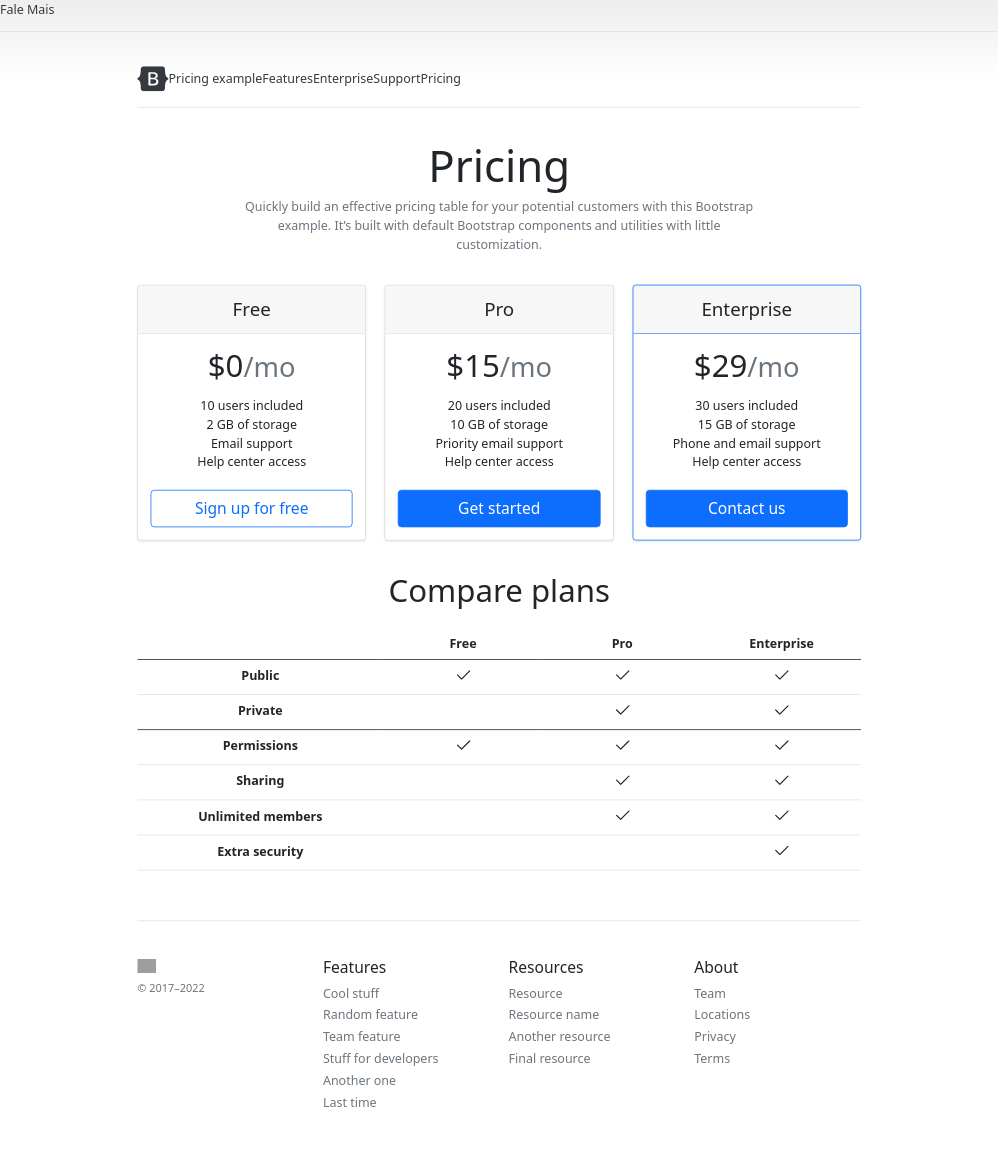
Repository: JuniorMagalhaesDeAlcantara/Fale-Mais
Page: src/resource/index.html
The author's editor kept a copy of each file at every save. The page is drawn from the files as they stood at one save, then again after the next save.
The browser window is 1280 px wide. The pictures show the whole page, at 78% of full size.
Pictures or frames that could not be fetched are drawn as grey boxes.

Above is the page before, as saved 2022-08-02 14:37:11.

### src/resource/index.html
<!DOCTYPE html>
<html lang="pt-br">
<head>
  <meta charset="UTF-8">
  <meta name="viewport" content="width=device-width, initial-scale=1.0">
  <title>Fale Mais</title>
  <link rel="stylesheet" href="https://stackpath.bootstrapcdn.com/bootstrap/5.0.0-alpha1/css/bootstrap.min.css" integrity="sha384-r4NyP46KrjDleawBgD5tp8Y7UzmLA05oM1iAEQ17CSuDqnUK2+k9luXQOfXJCJ4I" crossorigin="anonymous">
  <script src="https://cdn.jsdelivr.net/npm/popper.js@1.16.0/dist/umd/popper.min.js" integrity="sha384-Q6E9RHvbIyZFJoft+2mJbHaEWldlvI9IOYy5n3zV9zzTtmI3UksdQRVvoxMfooAo" crossorigin="anonymous"></script>
  <script src="https://stackpath.bootstrapcdn.com/bootstrap/5.0.0-alpha1/js/bootstrap.min.js" integrity="sha384-oesi62hOLfzrys4LxRF63OJCXdXDipiYWBnvTl9Y9/TRlw5xlKIEHpNyvvDShgf/" crossorigin="anonymous"></script>
</head>
<body>
    <header>
        <div class="d-flex flex-column flex-md-row align-items-center pb-3 mb-4 border-bottom">
          <a href="/" class="d-flex align-items-center text-dark text-decoration-none">
             <span class="fs-4">Fale Mais</span>
          </a>
        </div>
      </header>

      <style>
        .bd-placeholder-img {
          font-size: 1.125rem;
          text-anchor: middle;
          -webkit-user-select: none;
          -moz-user-select: none;
          user-select: none;
        }

        @media (min-width: 768px) {
          .bd-placeholder-img-lg {
            font-size: 3.5rem;
          }
        }

        .b-example-divider {
          height: 3rem;
          background-color: rgba(0, 0, 0, .1);
          border: solid rgba(0, 0, 0, .15);
          border-width: 1px 0;
          box-shadow: inset 0 .5em 1.5em rgba(0, 0, 0, .1), inset 0 .125em .5em rgba(0, 0, 0, .15);
        }

        .b-example-vr {
          flex-shrink: 0;
          width: 1.5rem;
          height: 100vh;
        }

        .bi {
          vertical-align: -.125em;
          fill: currentColor;
        }

        .nav-scroller {
          position: relative;
          z-index: 2;
          height: 2.75rem;
          overflow-y: hidden;
        }

        .nav-scroller .nav {
          display: flex;
          flex-wrap: nowrap;
          padding-bottom: 1rem;
          margin-top: -1px;
          overflow-x: auto;
          text-align: center;
          white-space: nowrap;
          -webkit-overflow-scrolling: touch;
        }
      </style>


      <!-- Custom styles for this template -->
      <link href="../resource/css/style.css" rel="stylesheet">
    </head>
    <body>

  <svg xmlns="http://www.w3.org/2000/svg" style="display: none;">
    <symbol id="check" viewBox="0 0 16 16">
      <title>Check</title>
      <path d="M13.854 3.646a.5.5 0 0 1 0 .708l-7 7a.5.5 0 0 1-.708 0l-3.5-3.5a.5.5 0 1 1 .708-.708L6.5 10.293l6.646-6.647a.5.5 0 0 1 .708 0z"/>
    </symbol>
  </svg>

  <div class="container py-3">
    <header>
      <div class="d-flex flex-column flex-md-row align-items-center pb-3 mb-4 border-bottom">
        <a href="/" class="d-flex align-items-center text-dark text-decoration-none">
          <svg xmlns="http://www.w3.org/2000/svg" width="40" height="32" class="me-2" viewBox="0 0 118 94" role="img"><title>Bootstrap</title><path fill-rule="evenodd" clip-rule="evenodd" d="M24.509 0c-6.733 0-11.715 5.893-11.492 12.284.214 6.14-.064 14.092-2.066 20.577C8.943 39.365 5.547 43.485 0 44.014v5.972c5.547.529 8.943 4.649 10.951 11.153 2.002 6.485 2.28 14.437 2.066 20.577C12.794 88.106 17.776 94 24.51 94H93.5c6.733 0 11.714-5.893 11.491-12.284-.214-6.14.064-14.092 2.066-20.577 2.009-6.504 5.396-10.624 10.943-11.153v-5.972c-5.547-.529-8.934-4.649-10.943-11.153-2.002-6.484-2.28-14.437-2.066-20.577C105.214 5.894 100.233 0 93.5 0H24.508zM80 57.863C80 66.663 73.436 72 62.543 72H44a2 2 0 01-2-2V24a2 2 0 012-2h18.437c9.083 0 15.044 4.92 15.044 12.474 0 5.302-4.01 10.049-9.119 10.88v.277C75.317 46.394 80 51.21 80 57.863zM60.521 28.34H49.948v14.934h8.905c6.884 0 10.68-2.772 10.68-7.727 0-4.643-3.264-7.207-9.012-7.207zM49.948 49.2v16.458H60.91c7.167 0 10.964-2.876 10.964-8.281 0-5.406-3.903-8.178-11.425-8.178H49.948z" fill="currentColor"></path></svg>
          <span class="fs-4">Pricing example</span>
        </a>

        <nav class="d-inline-flex mt-2 mt-md-0 ms-md-auto">
          <a class="me-3 py-2 text-dark text-decoration-none" href="#">Features</a>
          <a class="me-3 py-2 text-dark text-decoration-none" href="#">Enterprise</a>
          <a class="me-3 py-2 text-dark text-decoration-none" href="#">Support</a>
          <a class="py-2 text-dark text-decoration-none" href="#">Pricing</a>
        </nav>
      </div>

      <div class="pricing-header p-3 pb-md-4 mx-auto text-center">
        <h1 class="display-4 fw-normal">Pricing</h1>
        <p class="fs-5 text-muted">Quickly build an effective pricing table for your potential customers with this Bootstrap example. It’s built with default Bootstrap components and utilities with little customization.</p>
      </div>
    </header>

    <main>
      <div class="row row-cols-1 row-cols-md-3 mb-3 text-center">
        <div class="col">
          <div class="card mb-4 rounded-3 shadow-sm">
            <div class="card-header py-3">
              <h4 class="my-0 fw-normal">Free</h4>
            </div>
            <div class="card-body">
              <h1 class="card-title pricing-card-title">$0<small class="text-muted fw-light">/mo</small></h1>
              <ul class="list-unstyled mt-3 mb-4">
                <li>10 users included</li>
                <li>2 GB of storage</li>
                <li>Email support</li>
                <li>Help center access</li>
              </ul>
              <button type="button" class="w-100 btn btn-lg btn-outline-primary">Sign up for free</button>
            </div>
          </div>
        </div>
        <div class="col">
          <div class="card mb-4 rounded-3 shadow-sm">
            <div class="card-header py-3">
              <h4 class="my-0 fw-normal">Pro</h4>
            </div>
            <div class="card-body">
              <h1 class="card-title pricing-card-title">$15<small class="text-muted fw-light">/mo</small></h1>
              <ul class="list-unstyled mt-3 mb-4">
                <li>20 users included</li>
                <li>10 GB of storage</li>
                <li>Priority email support</li>
                <li>Help center access</li>
              </ul>
              <button type="button" class="w-100 btn btn-lg btn-primary">Get started</button>
            </div>
          </div>
        </div>
        <div class="col">
          <div class="card mb-4 rounded-3 shadow-sm border-primary">
            <div class="card-header py-3 text-bg-primary border-primary">
              <h4 class="my-0 fw-normal">Enterprise</h4>
            </div>
            <div class="card-body">
              <h1 class="card-title pricing-card-title">$29<small class="text-muted fw-light">/mo</small></h1>
              <ul class="list-unstyled mt-3 mb-4">
                <li>30 users included</li>
                <li>15 GB of storage</li>
                <li>Phone and email support</li>
                <li>Help center access</li>
              </ul>
              <button type="button" class="w-100 btn btn-lg btn-primary">Contact us</button>
            </div>
          </div>
        </div>
      </div>

      <h2 class="display-6 text-center mb-4">Compare plans</h2>

      <div class="table-responsive">
        <table class="table text-center">
          <thead>
            <tr>
              <th style="width: 34%;"></th>
              <th style="width: 22%;">Free</th>
              <th style="width: 22%;">Pro</th>
              <th style="width: 22%;">Enterprise</th>
            </tr>
          </thead>
          <tbody>
            <tr>
              <th scope="row" class="text-start">Public</th>
              <td><svg class="bi" width="24" height="24"><use xlink:href="#check"/></svg></td>
              <td><svg class="bi" width="24" height="24"><use xlink:href="#check"/></svg></td>
              <td><svg class="bi" width="24" height="24"><use xlink:href="#check"/></svg></td>
            </tr>
            <tr>
              <th scope="row" class="text-start">Private</th>
              <td></td>
              <td><svg class="bi" width="24" height="24"><use xlink:href="#check"/></svg></td>
              <td><svg class="bi" width="24" height="24"><use xlink:href="#check"/></svg></td>
            </tr>
          </tbody>

          <tbody>
            <tr>
              <th scope="row" class="text-start">Permissions</th>
              <td><svg class="bi" width="24" height="24"><use xlink:href="#check"/></svg></td>
              <td><svg class="bi" width="24" height="24"><use xlink:href="#check"/></svg></td>
              <td><svg class="bi" width="24" height="24"><use xlink:href="#check"/></svg></td>
            </tr>
            <tr>
              <th scope="row" class="text-start">Sharing</th>
              <td></td>
              <td><svg class="bi" width="24" height="24"><use xlink:href="#check"/></svg></td>
              <td><svg class="bi" width="24" height="24"><use xlink:href="#check"/></svg></td>
            </tr>
            <tr>
              <th scope="row" class="text-start">Unlimited members</th>
              <td></td>
              <td><svg class="bi" width="24" height="24"><use xlink:href="#check"/></svg></td>
              <td><svg class="bi" width="24" height="24"><use xlink:href="#check"/></svg></td>
            </tr>
            <tr>
              <th scope="row" class="text-start">Extra security</th>
              <td></td>
              <td></td>
              <td><svg class="bi" width="24" height="24"><use xlink:href="#check"/></svg></td>
            </tr>
          </tbody>
        </table>
      </div>
    </main>

    <footer class="pt-4 my-md-5 pt-md-5 border-top">
      <div class="row">
        <div class="col-12 col-md">
          <img class="mb-2" src="../assets/brand/bootstrap-logo.svg" alt="" width="24" height="19">
          <small class="d-block mb-3 text-muted">&copy; 2017–2022</small>
        </div>
        <div class="col-6 col-md">
          <h5>Features</h5>
          <ul class="list-unstyled text-small">
            <li class="mb-1"><a class="link-secondary text-decoration-none" href="#">Cool stuff</a></li>
            <li class="mb-1"><a class="link-secondary text-decoration-none" href="#">Random feature</a></li>
            <li class="mb-1"><a class="link-secondary text-decoration-none" href="#">Team feature</a></li>
            <li class="mb-1"><a class="link-secondary text-decoration-none" href="#">Stuff for developers</a></li>
            <li class="mb-1"><a class="link-secondary text-decoration-none" href="#">Another one</a></li>
            <li class="mb-1"><a class="link-secondary text-decoration-none" href="#">Last time</a></li>
          </ul>
        </div>
        <div class="col-6 col-md">
          <h5>Resources</h5>
          <ul class="list-unstyled text-small">
            <li class="mb-1"><a class="link-secondary text-decoration-none" href="#">Resource</a></li>
            <li class="mb-1"><a class="link-secondary text-decoration-none" href="#">Resource name</a></li>
            <li class="mb-1"><a class="link-secondary text-decoration-none" href="#">Another resource</a></li>
            <li class="mb-1"><a class="link-secondary text-decoration-none" href="#">Final resource</a></li>
          </ul>
        </div>
        <div class="col-6 col-md">
          <h5>About</h5>
          <ul class="list-unstyled text-small">
            <li class="mb-1"><a class="link-secondary text-decoration-none" href="#">Team</a></li>
            <li class="mb-1"><a class="link-secondary text-decoration-none" href="#">Locations</a></li>
            <li class="mb-1"><a class="link-secondary text-decoration-none" href="#">Privacy</a></li>
            <li class="mb-1"><a class="link-secondary text-decoration-none" href="#">Terms</a></li>
          </ul>
        </div>
      </div>
    </footer>
  </div>



    </body>
  </html>

### src/resource/css/style.css
body {
    background-image: linear-gradient(180deg, #eee, #fff 100px, #fff);
  }

  .container {
    max-width: 960px;
  }

  .pricing-header {
    max-width: 700px;
  }

After the next save:
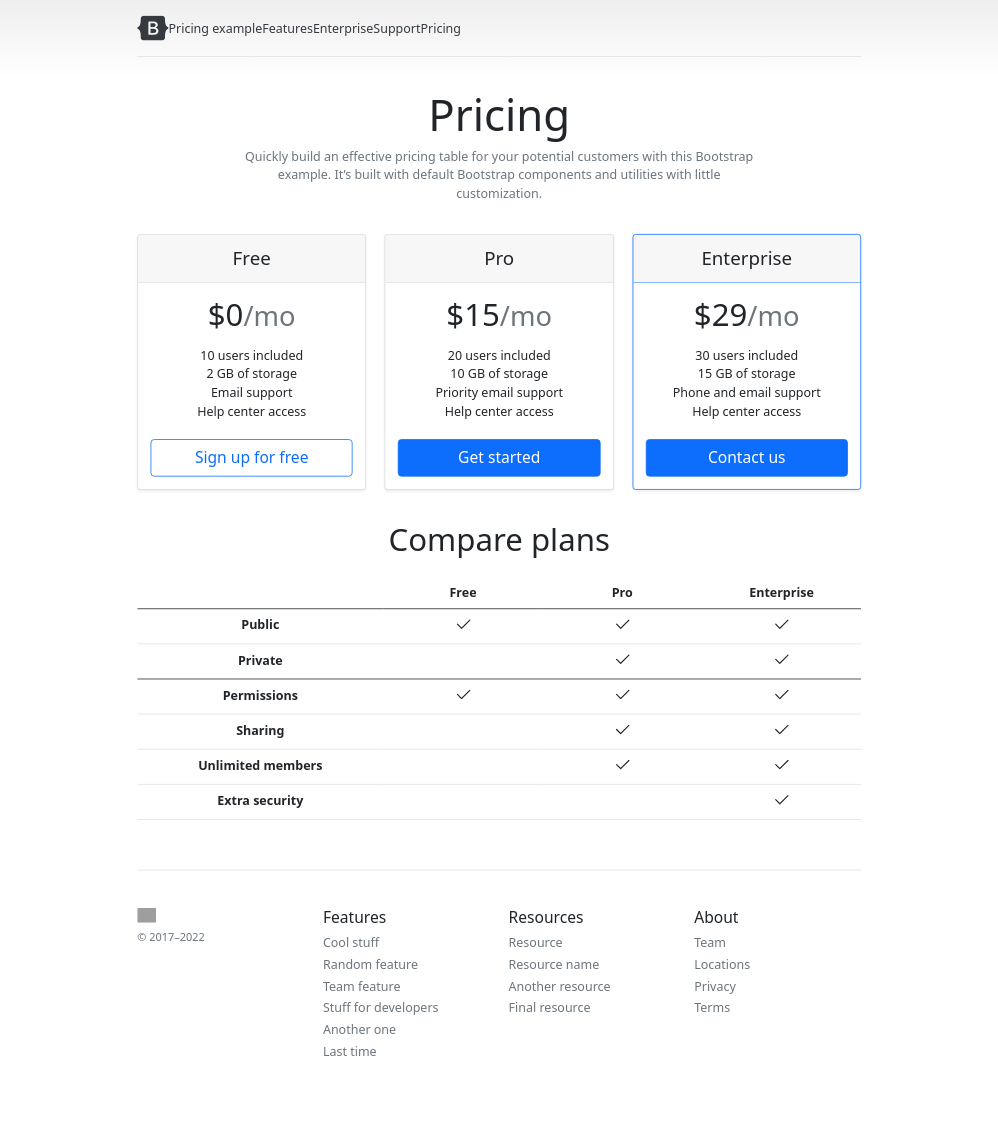
Saved 24 s later.
--- a/src/resource/index.html
+++ b/src/resource/index.html
@@ -9,14 +9,6 @@
   <script src="https://stackpath.bootstrapcdn.com/bootstrap/5.0.0-alpha1/js/bootstrap.min.js" integrity="sha384-oesi62hOLfzrys4LxRF63OJCXdXDipiYWBnvTl9Y9/TRlw5xlKIEHpNyvvDShgf/" crossorigin="anonymous"></script>
 </head>
 <body>
-    <header>
-        <div class="d-flex flex-column flex-md-row align-items-center pb-3 mb-4 border-bottom">
-          <a href="/" class="d-flex align-items-center text-dark text-decoration-none">
-             <span class="fs-4">Fale Mais</span>
-          </a>
-        </div>
-      </header>
-
       <style>
         .bd-placeholder-img {
           font-size: 1.125rem;
